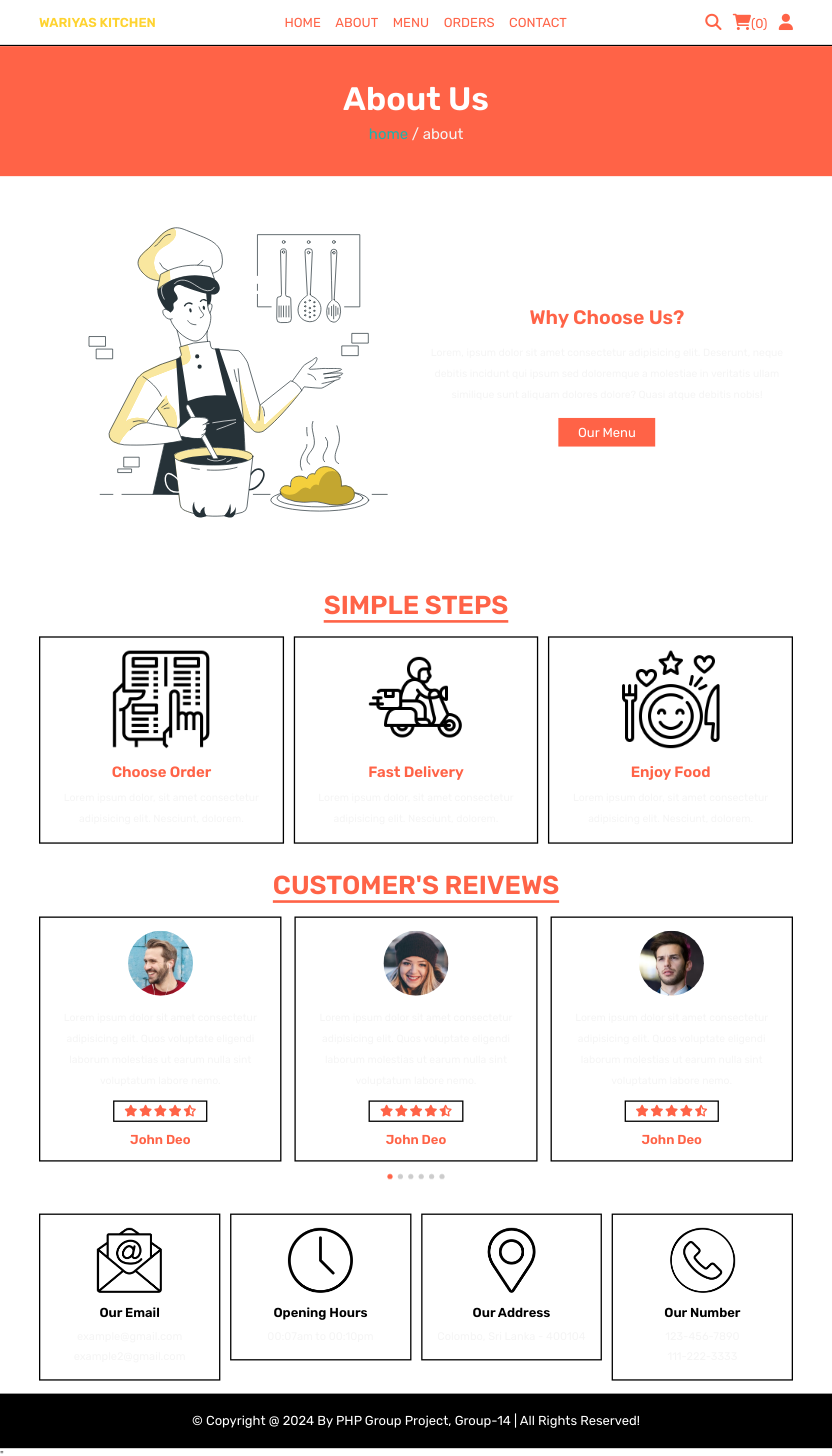
Repository: navodniwarshana/food_order_site
Page: http://localhost/about.php
An editor plug-in stored every save of this project. The page is shown before and after a run of saves, followed by the edit.
The browser window is 1280 px wide. The pictures show the whole page, at 65% of full size.
Some web libraries are served in a nearby version. The page is run by PHP 8.4 with error messages shown; the project is at /var/www/html/. Queries for data that is not in the repository find no rows.

Above is the page before, as saved 2024-09-27 18:38:44.
Console error: TypeError: Cannot read properties of null (reading 'style')

After the next 2 saves:
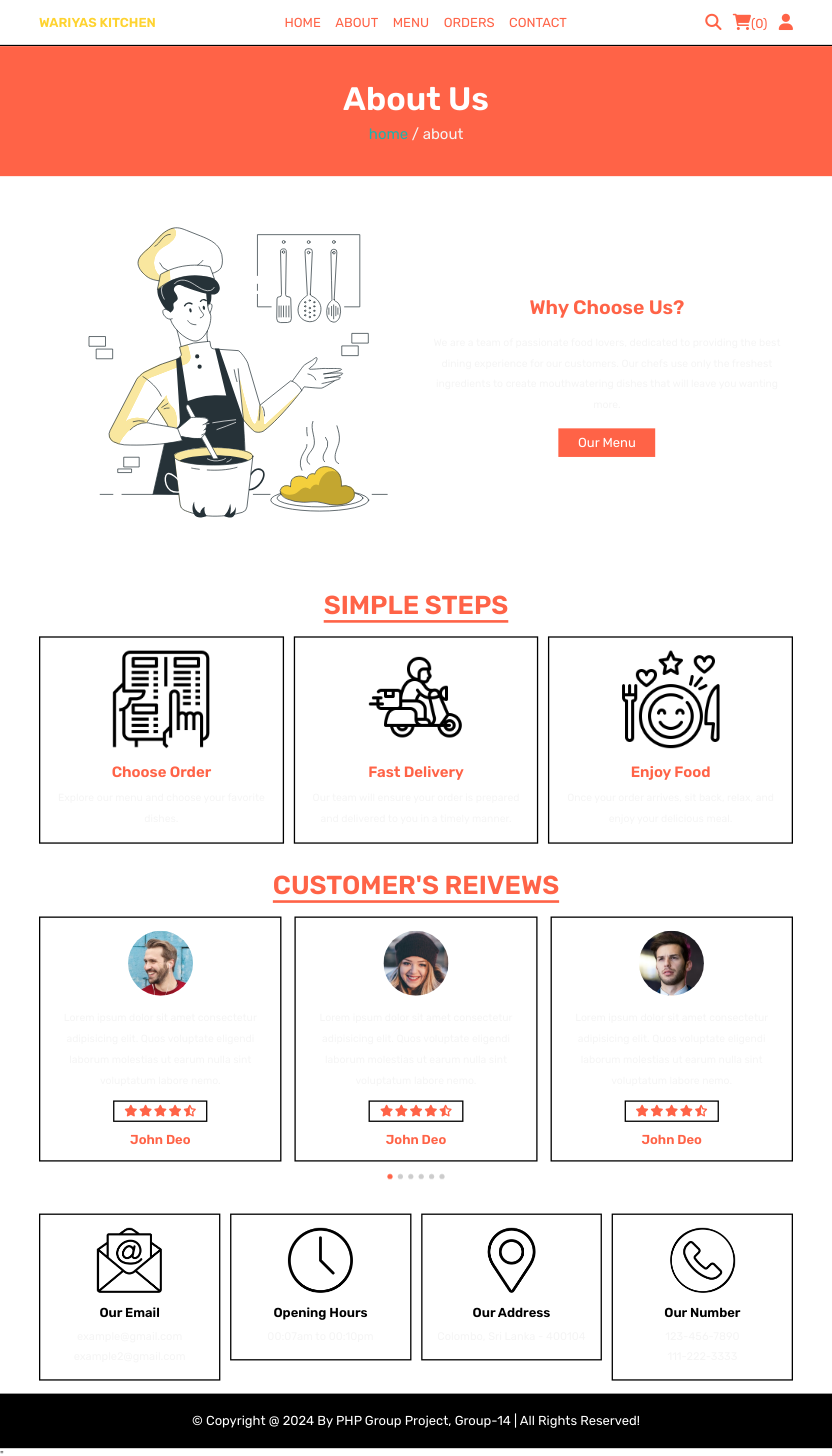
The 2 saves are shown as one change because they came seconds apart.
The last was saved 81 s later.
--- a/about.php
+++ b/about.php
@@ -52,7 +52,7 @@ if(isset($_SESSION['user_id'])){
 
       <div class="content">
          <h3>why choose us?</h3>
-         <p>Lorem, ipsum dolor sit amet consectetur adipisicing elit. Deserunt, neque debitis incidunt qui ipsum sed doloremque a molestiae in veritatis ullam similique sunt aliquam dolores dolore? Quasi atque debitis nobis!</p>
+         <p>We are a team of passionate food lovers, dedicated to providing the best dining experience for our customers. Our chefs use only the freshest ingredients to create mouthwatering dishes that will leave you wanting more.</p>
          <a href="menu.html" class="btn">our menu</a>
       </div>
 
@@ -73,19 +73,19 @@ if(isset($_SESSION['user_id'])){
       <div class="box">
          <img src="images/step-1.png" alt="">
          <h3>choose order</h3>
-         <p>Lorem ipsum dolor, sit amet consectetur adipisicing elit. Nesciunt, dolorem.</p>
+         <p>Explore our menu and choose your favorite dishes.</p>
       </div>
 
       <div class="box">
          <img src="images/step-2.png" alt="">
          <h3>fast delivery</h3>
-         <p>Lorem ipsum dolor, sit amet consectetur adipisicing elit. Nesciunt, dolorem.</p>
+         <p>Our team will ensure your order is prepared and delivered to you in a timely manner.</p>
       </div>
 
       <div class="box">
          <img src="images/step-3.png" alt="">
          <h3>enjoy food</h3>
-         <p>Lorem ipsum dolor, sit amet consectetur adipisicing elit. Nesciunt, dolorem.</p>
+         <p>Once your order arrives, sit back, relax, and enjoy your delicious meal.</p>
       </div>
 
    </div>
